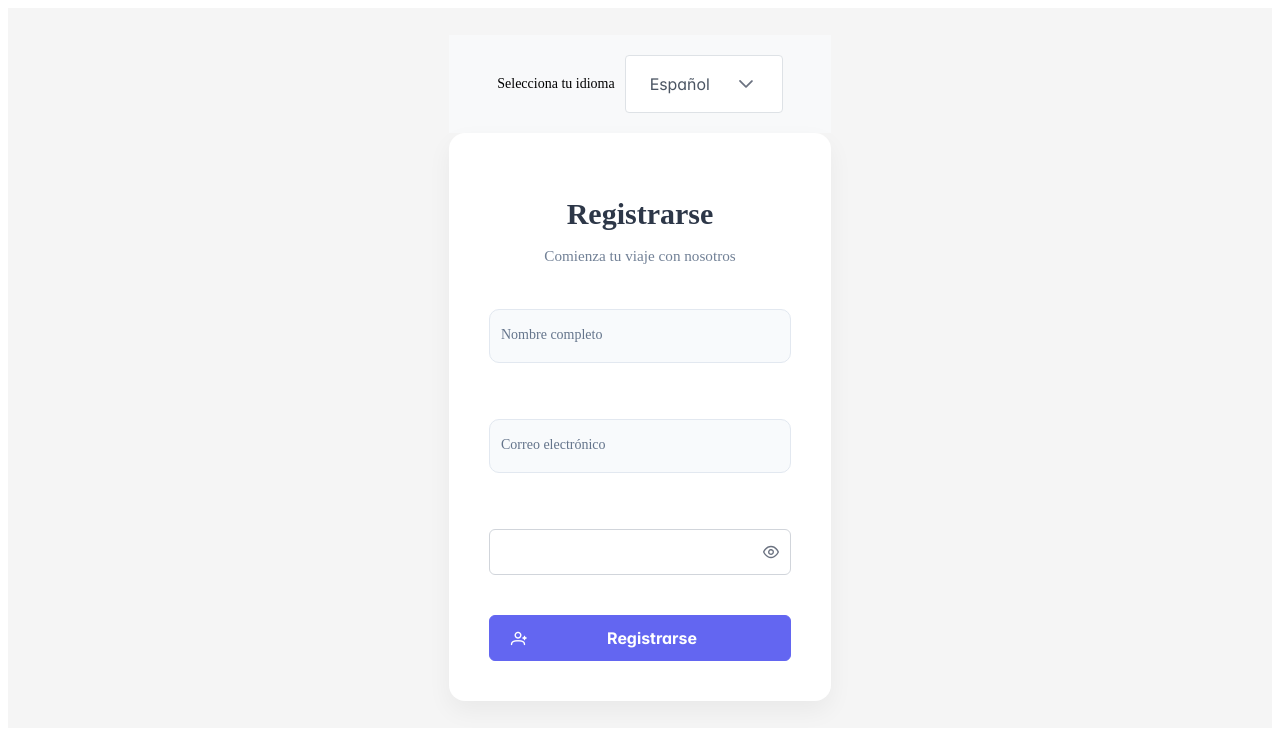
Repository: nder1996/Info_Colombia
Page: /Registro (app in fronted/gestion-tareas/)
An editor plug-in stored every save of this project. The page is shown before and after the next save, followed by the edit.
The browser window is 1280 px wide. The pictures show the whole page.
The project was rebuilt for these pictures with package versions that can differ from the ones it lists, and the page was loaded fresh each time. Also part of the build but not shown: fronted/gestion-tareas/src/routes/ProtectedRoute.tsx, fronted/gestion-tareas/src/services/GestionTareasService.ts, fronted/gestion-tareas/src/services/SummaryServices.ts, fronted/gestion-tareas/src/services/UsuarioService.ts, fronted/gestion-tareas/src/services/WebSocketService.ts, fronted/gestion-tareas/src/hooks/useNotifications.ts, fronted/gestion-tareas/src/components/gestion-tareas/GestionTareas.tsx, fronted/gestion-tareas/src/components/InicioSession/InicioSession.tsx.

Above is the page before, as saved 2025-02-24 03:34:33.

After the next save:
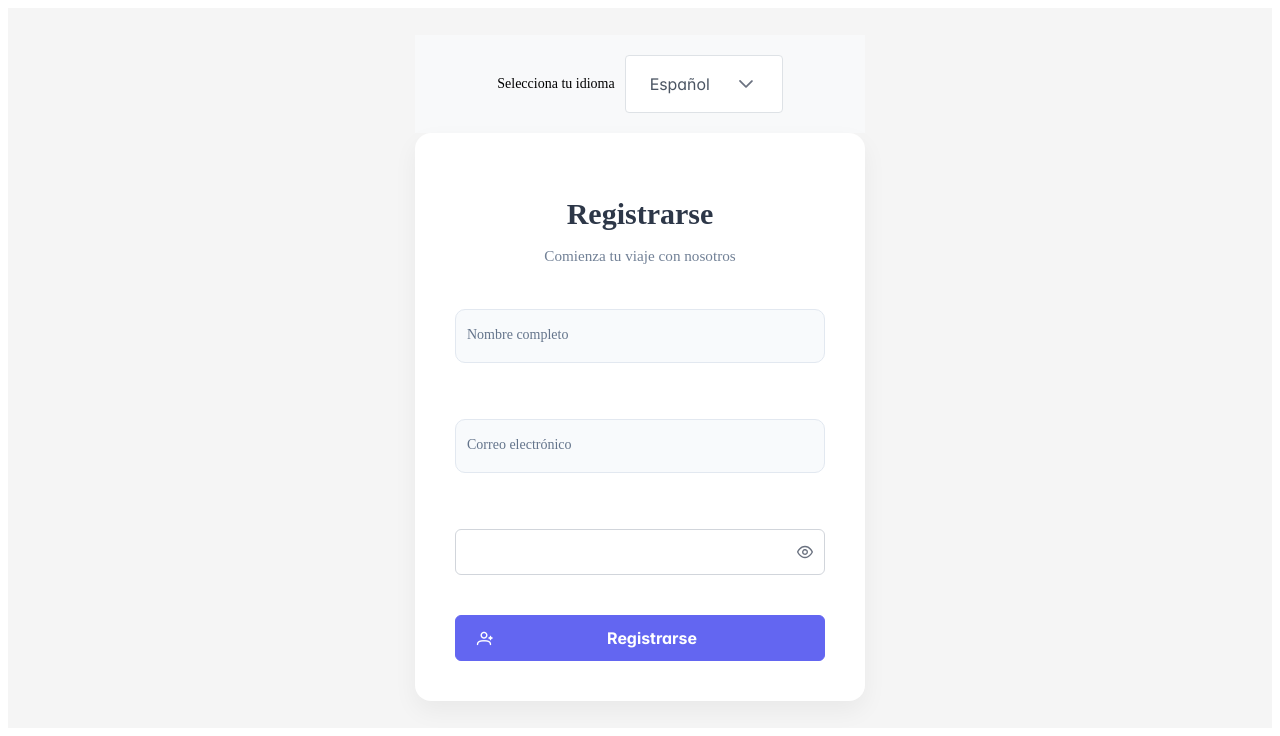
Saved 20 s later.
--- a/fronted/gestion-tareas/src/components/Registrarse/Registrarse.css
+++ b/fronted/gestion-tareas/src/components/Registrarse/Registrarse.css
@@ -4,7 +4,7 @@
   padding: 2.5rem;
   border-radius: 16px;
   width: 100%;
-  max-width: 450px;
+  width: 450px;
   box-shadow: 0 10px 25px rgba(0, 0, 0, 0.05);
 }
 
